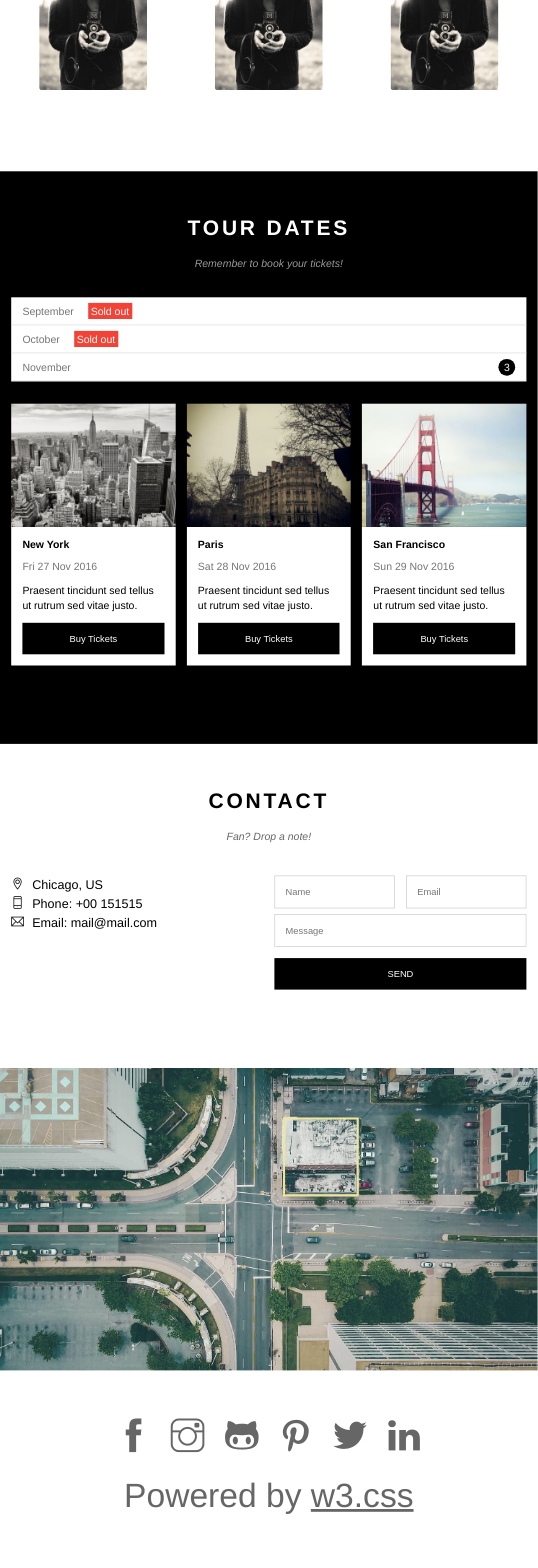
Repository: phongngotrong/w3school_reup
Page: index.html
An editor plug-in stored every save of this project. The page is shown before and after the next save, followed by the edit.
The browser window is 768 px wide. The pictures show the part of the page from y = 854 to 3094 px (the page is 3094 px tall), at 70% of full size.

Above is the page before, as saved 2022-02-15 23:28:03.

After the next save:
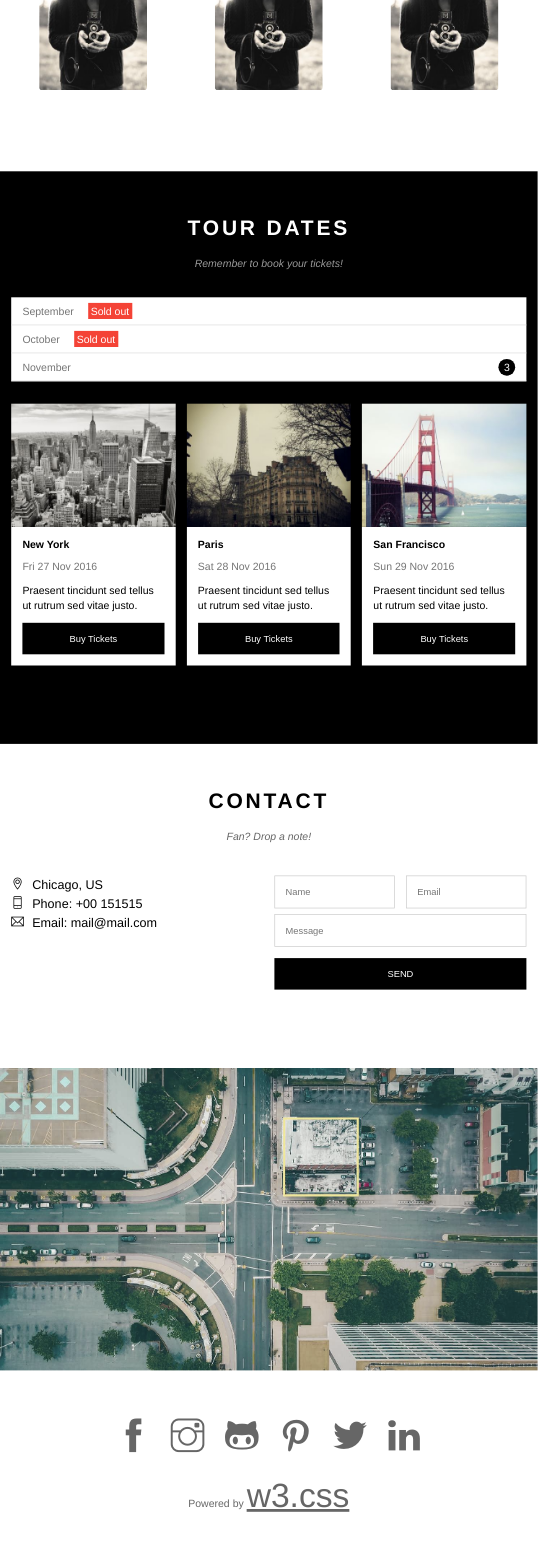
Saved 33 s later.
--- a/assets/css/responsive.css
+++ b/assets/css/responsive.css
@@ -28,7 +28,7 @@
     margin: 0 8px;
   }
 
-  #footer .Copyright {
+  #footer .Copyright a {
     font-size: 48px;
     padding: 12px 0px;
     display: inline-block;

After the save that followed:
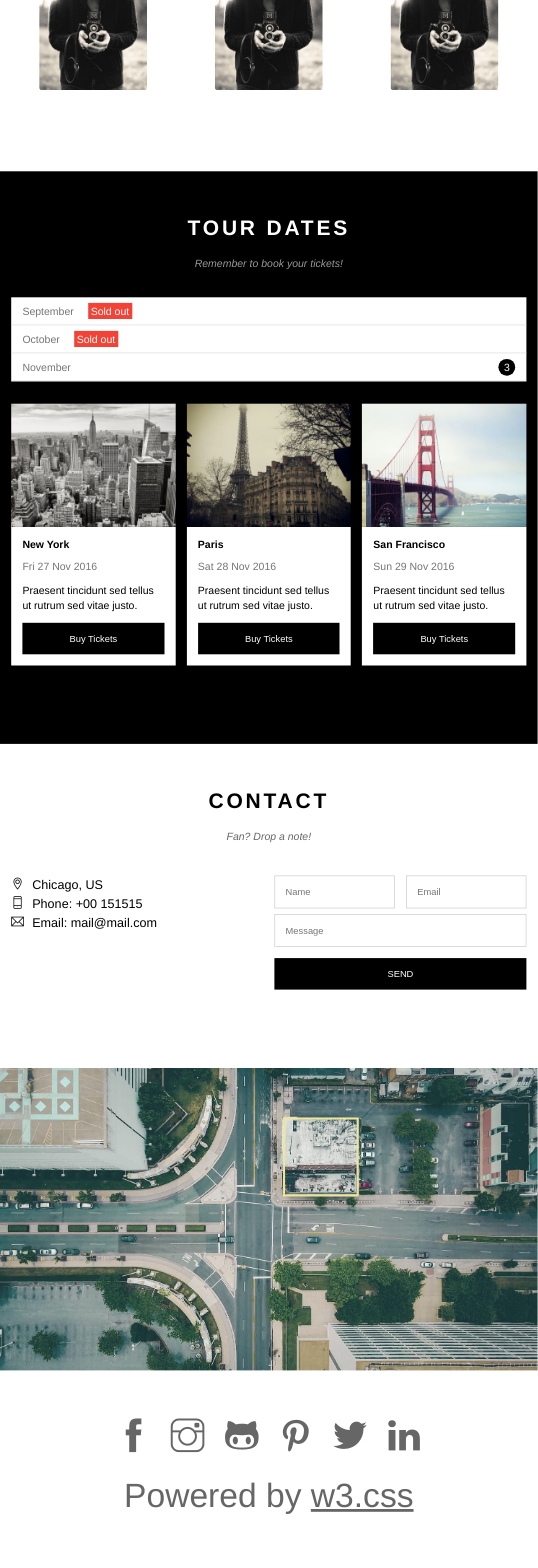
Saved 14 s later.
--- a/assets/css/responsive.css
+++ b/assets/css/responsive.css
@@ -28,7 +28,7 @@
     margin: 0 8px;
   }
 
-  #footer .Copyright a {
+  #footer .Copyright {
     font-size: 48px;
     padding: 12px 0px;
     display: inline-block;
